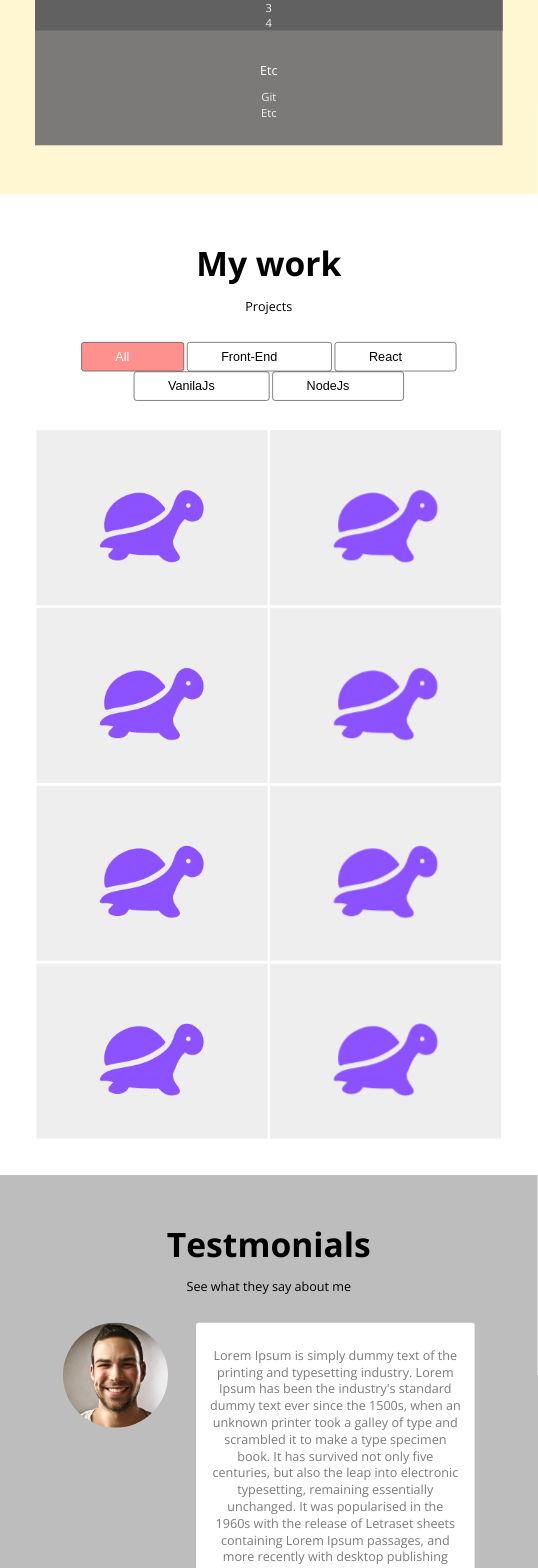
Repository: DevMinwoo-Jung/MinwooPortfolio
Page: index.html
An editor plug-in stored every save of this project. The page is shown before and after the next save, followed by the edit.
The browser window is 768 px wide. The pictures show the part of the page from y = 3481 to 5721 px (the page is 6853 px tall), at 70% of full size.

Above is the page before, as saved 2021-06-03 14:31:15.

After the next save:
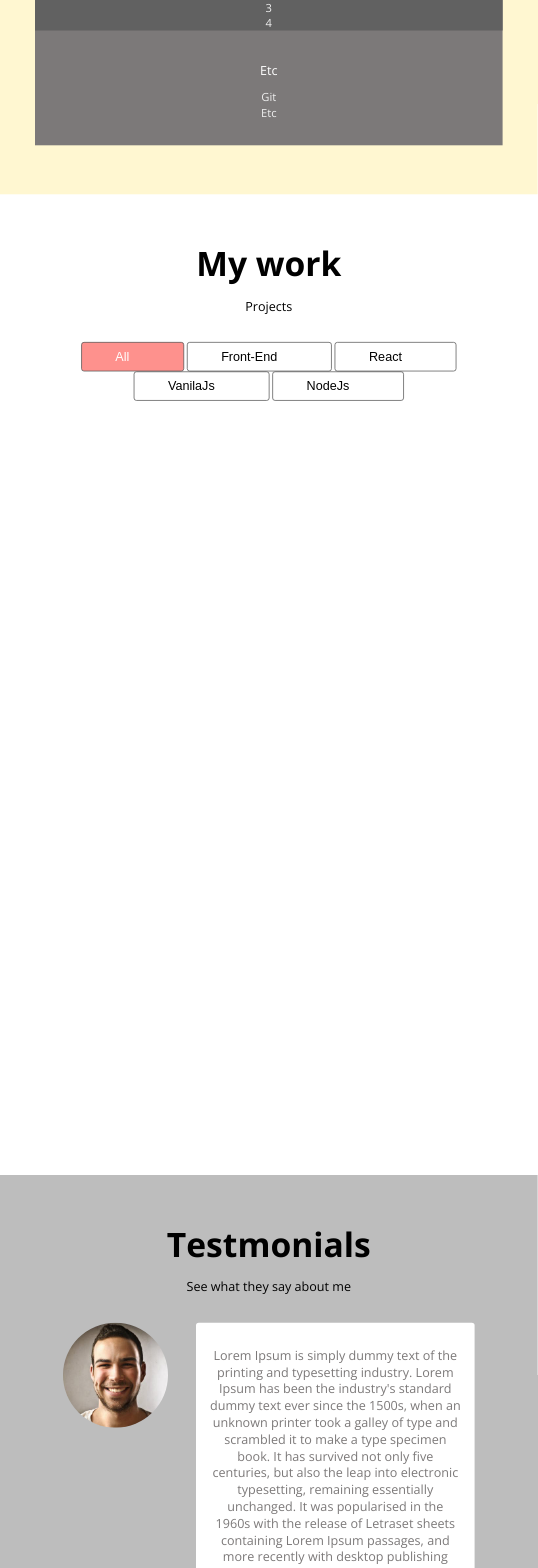
Saved 7 min 25 s later.
--- a/style.css
+++ b/style.css
@@ -544,6 +544,12 @@ button {
 
   .project {
     flex-grow: 1;
+    opacity: 0;
+  }
+
+  .project--visible {
+    opacity: 1;
+    transition: all var(--animation-duration) ease-in;
   }
 
   .testimonail__avatar {
